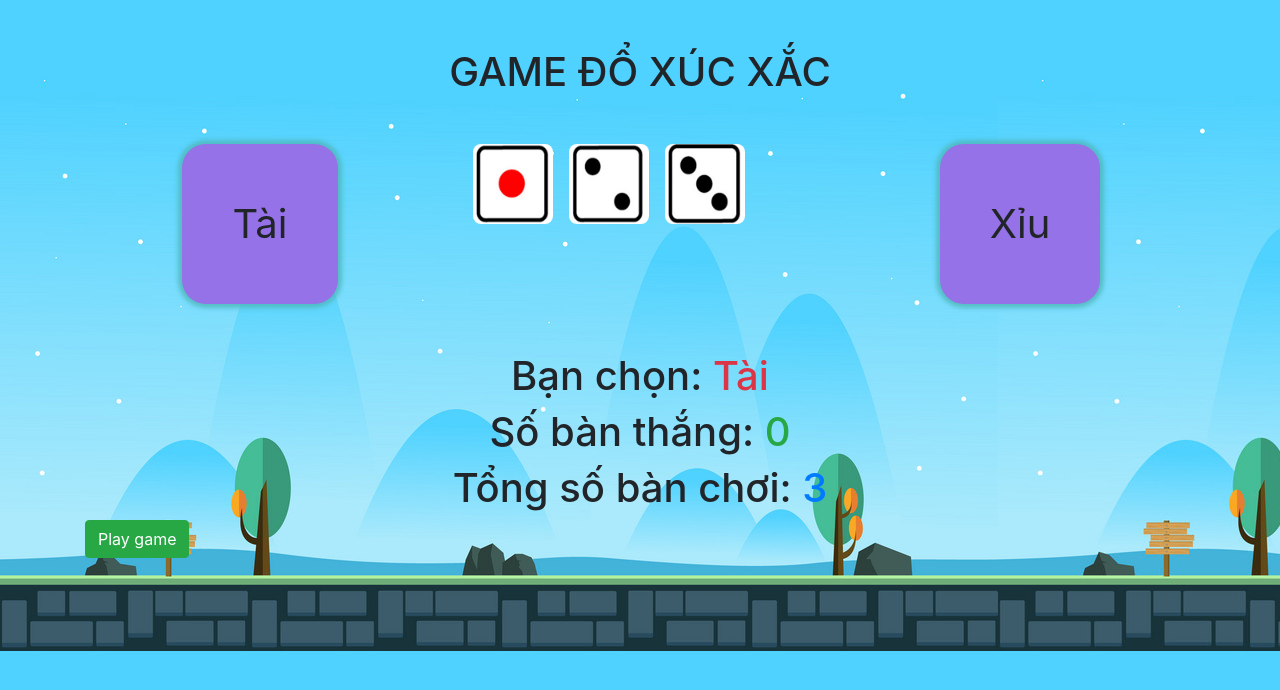
Repository: dovanthao2404/game-xuc-sac
Page: /
An editor plug-in stored every save of this project. The page is shown before and after the next save, followed by the edit.
The browser window is 1280 px wide. The pictures show the whole page.
The project was rebuilt for these pictures with package versions that can differ from the ones it lists, and the page was loaded fresh each time.

Above is the page before, as saved 2021-09-11 13:18:23.

### public/index.html
<!DOCTYPE html>
<html lang="en">

<head>
  <meta charset="utf-8" />
  <link rel="icon" href="%PUBLIC_URL%/favicon.ico" />
  <meta name="viewport" content="width=device-width, initial-scale=1" />
  <meta name="theme-color" content="#000000" />
  <meta name="description" content="Web site created using create-react-app" />
  <link rel="apple-touch-icon" href="%PUBLIC_URL%/logo192.png" />
  <link rel="manifest" href="%PUBLIC_URL%/manifest.json" />
  <title>React App</title>
  <link rel="stylesheet" href="https://cdn.jsdelivr.net/npm/bootstrap@4.6.0/dist/css/bootstrap.min.css"
    integrity="sha384-B0vP5xmATw1+K9KRQjQERJvTumQW0nPEzvF6L/Z6nronJ3oUOFUFpCjEUQouq2+l" crossorigin="anonymous">
  <link rel="stylesheet" href="%PUBLIC_URL%/css/style.css">
</head>

<body>
  <noscript>You need to enable JavaScript to run this app.</noscript>
  <div id="root"></div>
</body>

</html>

### src/index.css
body {
  margin: 0;
  padding: 0;
  box-sizing: border-box;
  font-family: -apple-system, BlinkMacSystemFont, 'Segoe UI', 'Roboto', 'Oxygen',
    'Ubuntu', 'Cantarell', 'Fira Sans', 'Droid Sans', 'Helvetica Neue',
    sans-serif;
  -webkit-font-smoothing: antialiased;
  -moz-osx-font-smoothing: grayscale;
}

code {
  font-family: source-code-pro, Menlo, Monaco, Consolas, 'Courier New',
    monospace;
}

### src/App.js


function App() {
  return (
    <div className="main">
      <div className="container mt-5">
        <div className="title mb-5">
          <h1 className="text-center">GAME ĐỔ XÚC XẮC</h1>
        </div>
        <div>
          <div class="row justify-content-between">
            <div className="col-4">
              <div className="type d-flex justify-content-center align-items-center">
                <span>Tài</span>
              </div>
            </div>
            <div className="col-4">
              <div className="d-flex">
                <img src="./images/1.png" alt="" />
                <img src="./images/2.png" alt="" />
                <img src="./images/3.png" alt="" />
              </div>
            </div>
            <div className="col-4">
              <div className="type d-flex justify-content-center align-items-center">
                <span>Xỉu</span>
              </div>
            </div>
          </div>
        </div>

        <div className="result text-center mt-5">
          <h1>Bạn chọn: <span className="text-danger">Tài</span></h1>
          <h1>Số bàn thắng: <span className="text-success">0</span></h1>
          <h1>Tổng số bàn chơi: <span className="text-primary">3</span></h1>
        </div>
        <div className="play-game">
          <button className="btn btn-success">Play game</button>
        </div>
      </div>
    </div>
  );
}

export default App;

### public/css/style.css
.main {
  background-image: url(./../images/bgGame.png);
  top: 0;
  left:0;
  right: 0;
  bottom: 0;
  display: block;
  position: absolute;
  z-index: -10;
}

.type span{
  display: block;
  padding: 50px;
  border-radius: 24px;
  font-size: 40px;
  background: rgb(149, 114, 231);
  cursor: pointer;
  box-shadow: 0 0 4px 4px rgba(78, 182, 185, 0.8);
}

img {
  margin: 0 8px;
  width: 80px;
  border-radius: 8px ;
}

Loaded but not shown: src/index.js (common file); src/reportWebVitals.js (common file)

After the next save:
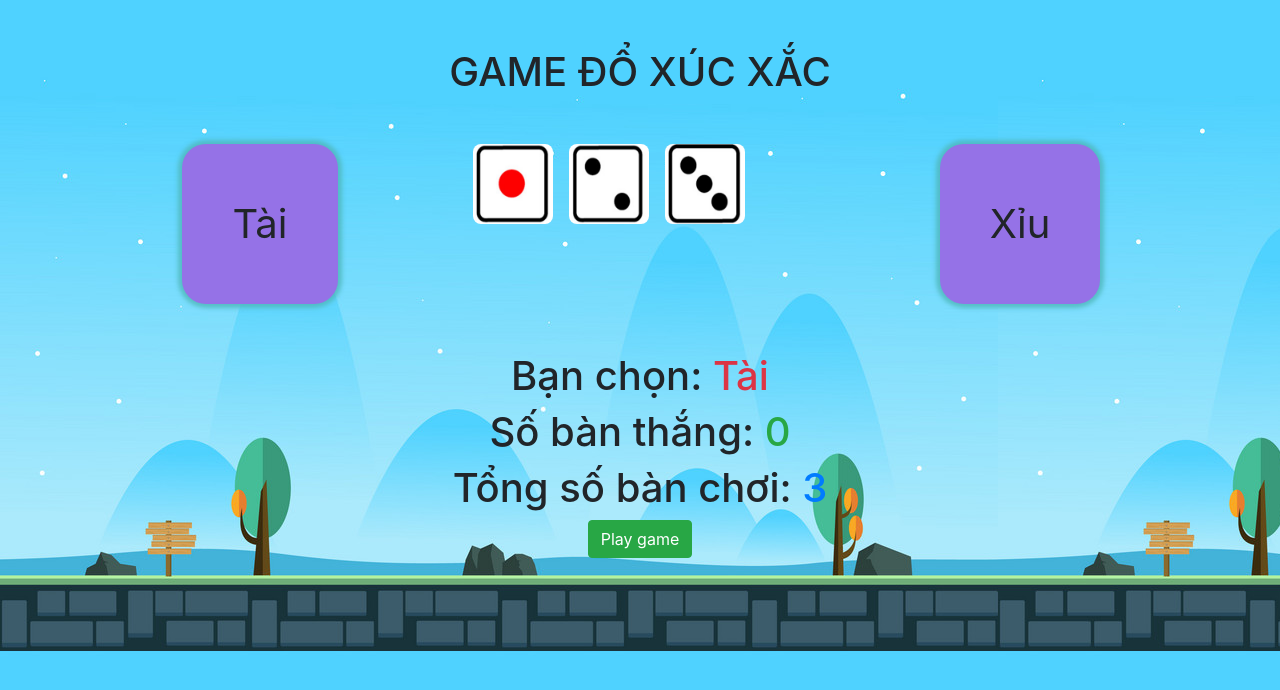
Saved 6 s later.
--- a/src/App.js
+++ b/src/App.js
@@ -34,7 +34,7 @@ function App() {
           <h1>Số bàn thắng: <span className="text-success">0</span></h1>
           <h1>Tổng số bàn chơi: <span className="text-primary">3</span></h1>
         </div>
-        <div className="play-game">
+        <div className="play-game text-center">
           <button className="btn btn-success">Play game</button>
         </div>
       </div>
